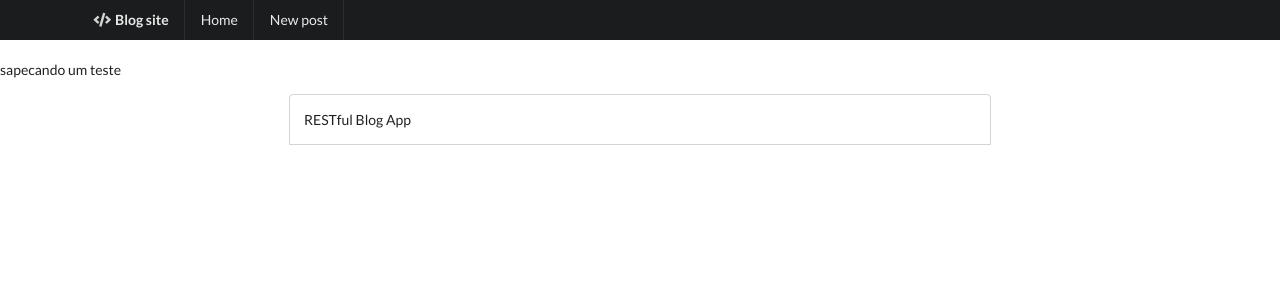
Repository: DevIvanVarela/the-web-developer-bootcamp
Page: http://localhost/blogs
The author's editor kept a record of every edit. The page is drawn from the files as they stood at one moment, then again after the next edit.
The browser window is 1280 px wide. The pictures show the whole page.
The page is served by the project's Node server (RESTfulRouting/RESTfulBlogApp/app.js). Queries for data that is not in the repository find no rows.

Above is the page before.

After the next edit:
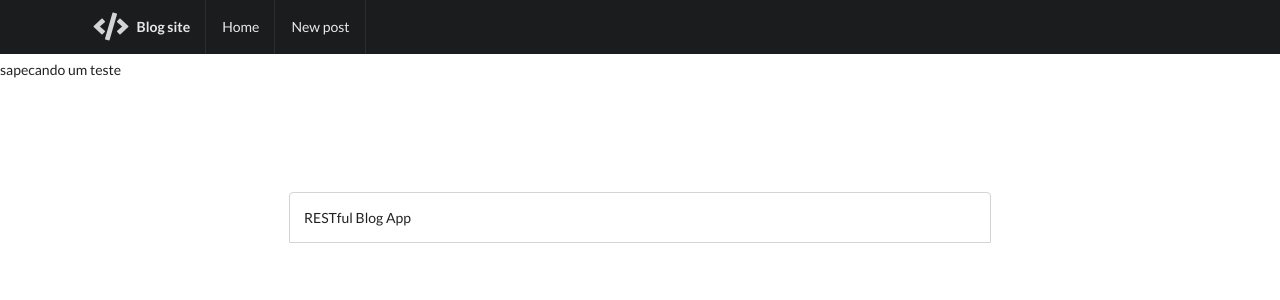
The edit:
--- a/workspace/RESTfulRouting/RESTfulBlogApp/views/partials/header.ejs
+++ b/workspace/RESTfulRouting/RESTfulBlogApp/views/partials/header.ejs
@@ -2,7 +2,7 @@
     <head>
         <title>Blog app</title>
         <link rel="stylesheet" type="text/css" href="https://cdnjs.cloudflare.com/ajax/libs/semantic-ui/2.4.1/semantic.min.css">
-        <link rel="stylesheet" type="text/css" src="/../public/stylesheets/app.css">
+        <link rel="stylesheet" type="text/css" href="/stylesheets/app.css">
     </head>
     <body>
         <div class="ui fixed inverted menu">
